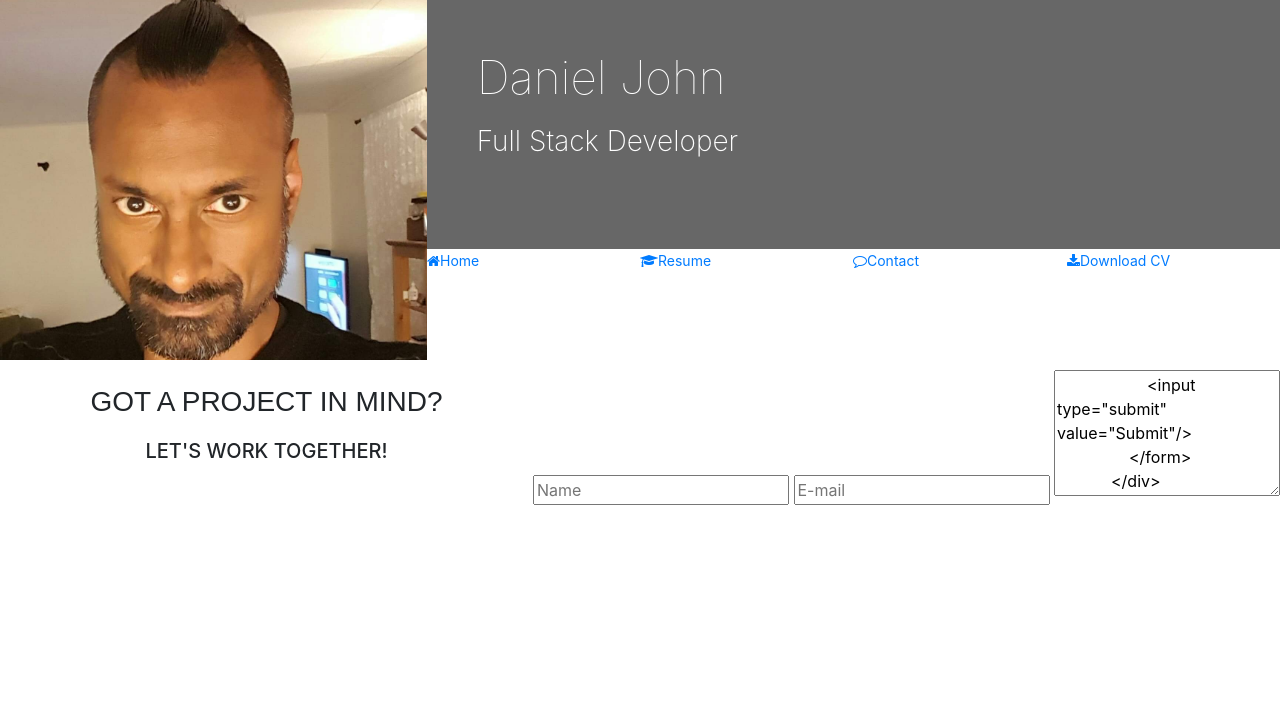
Repository: Jadehammar/initial-commit
Page: contact.html
The author's editor kept a record of every edit. The page is drawn from the files as they stood at one moment, then again after the next edit.
The browser window is 1280 px wide. The pictures show the whole page.

Above is the page before.

### contact.html
<!DOCTYPE html>
<html lang="en">
<head>
    <meta charset="UTF-8">
    <meta name="viewport" content="width=device-width, initial-scale=1.0">
    <meta http-equiv="X-UA-Compatible" content="ie=edge">
    <link rel="stylesheet" href="https://stackpath.bootstrapcdn.com/font-awesome/4.7.0/css/font-awesome.min.css" type="text/css" />
    <link rel="stylesheet" href="https://cdnjs.cloudflare.com/ajax/libs/hover.css/2.3.1/css/hover-min.css" type="text/css" />
    <link rel="stylesheet" href="https://stackpath.bootstrapcdn.com/bootstrap/4.3.1/css/bootstrap.min.css" type="text/css" />
    <link rel="stylesheet" href="assets/css/style.css" type="text/css" />
    <title>Daniel John Contact</title>
</head>
<body>
    <header>
        <div class="row no-gutters">
            <a class="col-md-4 logo" href="02-index.html"></a>
            <div class="col-md-8">
                <div class="row no-gutters bg-color-name-title">
                    <div class="col heading">
                        <h1 class="name">Daniel John</h1>
                        <h2 class="title"> Full Stack Developer</h2>
                    </div>
                </div>
                <div class="row no-gutters">
                    <div class="col">
                        <ul id="nav" class="list-inline menucontainer">
                            <li class="col-6 col-sm-3 list-inline-item ui-menu-color-home menuitem">
                                <a href="#" class="hvr-sweep-to-bottom"><i class="fa fa-home" aria-hidden="true"></i><span>Home</span></a>
                            </li>
                            <li class="col-6 col-sm-3 list-inline-item ui-menu-color-resume menuitem">
                                <a href="#" class="hvr-sweep-to-bottom"><i class="fa fa-graduation-cap" aria-hidden="true"></i><span>Resume</span></a>
                            </li>
                            <li class="col-6 col-sm-3 list-inline-item ui-menu-color-contact menuitem">
                                <a href="#" class="hvr-sweep-to-bottom"><i class="fa fa-comment-o" aria-hidden="true"></i><span>Contact</span></a>
                            </li>
                            <li class="col-6 col-sm-3 list-inline-item ui-menu-color-download menuitem">
                                <a href="#" class="hvr-sweep-to-bottom"><i class="fa fa-download" aria-hidden="true"></i><span>Download CV</span></a>
                            </li>
                        </ul>
                    </div>
                </div>
            </div>
        </div>
    </header>
    <section class="container-fluid">
        <div class="row bg-color-contact">
            <div class="col">
                <h3 class="contact-heading uppercase text-center">Got a project in mind?</h3>
                <h5 class="uppercase text-center">Let's work together!</h5>
            </div>
            <div class="center-form">
                <form>
                    <input type="text" name="Name" id="fullname" class="form-controll" placeholder="Name"
                    required />
                     <input type="email" name="email" id="emailadress" class="form-controll" placeholder="E-mail"
                    required />
                    <textarea rows="5" name="projectsummary" id="projectsummary"
                    class="form-controll" placeholder="project description"
                    required />
                    <input type="submit" value="Submit"/>
                </form>
            </div>
        </div>
    </section>
     <footer class="container-fluid">
        <div id="footer-details" class="row">
            <div class="col-sm-4">
                <h5 class="uppercase general-sub">About</h5>
                <p class="inline-block">
                    Full Stack Web Developer. Skilled in everything from HTML to Heroku. The capacity for structural and design thinking.
                </p>
            </div>
            <div class="col-sm-4">
                <h5 class="uppercase general-sub">Download</h5>
                <p class="inline-block">
                    Need a printable version of my CV? Download it here.
                    <a href="#" target="_blank" class="cv-pdf">
                        <i class="fa fa-download" aria-hidden="true"></i>
                        <span class="sr-only">Download link.</span>
                    </a>
                </p>
            </div>
            <div class="col-sm-4">
                <h5 class="uppercase general-sub">Social</h5>
                <ul class="list-inline social-links">
                    <li class="list-inline-item">
                        <a target="_blank" href="#">
                            <i class="fa fa-facebook" aria-hidden="true"></i>
                            <span class="sr-only">Facebook</span>
                        </a>
                    </li>
                    <li class="list-inline-item">
                        <a target="_blank" href="#">
                            <i class="fa fa-twitter" aria-hidden="true"></i>
                            <span class="sr-only">Twitter</span>
                        </a>
                    </li>
                    <li class="list-inline-item">
                        <a target="_blank" href="#">
                            <i class="fa fa-linkedin" aria-hidden="true"></i>
                            <span class="sr-only">LinkedIn</span>
                        </a>
                    </li>
                    <li class="list-inline-item">
                        <a target="_blank" href="#">
                            <i class="fa fa-pinterest" aria-hidden="true"></i>
                            <span class="sr-only">Pinterest</span>
                        </a>
                    </li>
                    <li class="list-inline-item">
                        <a target="_blank" href="#">
                            <i class="fa fa-instagram" aria-hidden="true"></i>
                            <span class="sr-only">Instagram</span>
                        </a>
                    </li>
                    <li class="list-inline-item">
                        <a target="_blank" href="#">
                            <i class="fa fa-youtube" aria-hidden="true"></i>
                            <span class="sr-only">YouTube</span>
                        </a>
                    </li>
                </ul>
            </div>
        </div>
    </footer>
</body>
</html>

### assets/css/style.css
@import url('https://fonts.googleapis.com/css?family=Roboto:100,200,300,400,500,600,700│exo:100,200,300,400,500,600,700');

/*---------------------------------------------color-------------------------------------*/

.bg-color-name-title {
    background-color: #676767;
}

.bg-color-three-reasons {
    background-color: #fff;
}

.bg-color-personal-info {
    background-color: #f4f4f4;
}

.ui-menue-color-home {
    background-color: #e67e22;

}

.ui-menue-color-resume {
    background-color: #9b59b6;

}

.ui-menue-color-contact {
    background-color: #3498db;

}

.ui-menue-color-download {
    background-color: #525252;

}

.bg-color-work-history {
    background-color: #9b59b6;
}

.bg-color-contact{
    background-color: #fff;

}

/*---------------------------------------------Special padding/margins/text-------------------------------------*/

h1,
h2,
h3,
h4 {
    margin: 0;
}

.uppercase {
    text-transform: uppercase;
}

.general-sub {
    font-family: "Exo", sans-serif;
    font-weight: 300;
    color: #fafafa;
}

.inline-block {
    display: inline-block;
}

.row-table {
    display: table;
}

.section-column {
    display: table-cell;
    padding: 0 30px 30px;
    float: none;
}

.history-heading,
.section-heading {
    font-family: "Exo", sans-serif;
    font-weight: 300;
    margin-bottom: 40px;
    margin-top: 25px;
}

/*---------------------------------------------Heading-------------------------------------*/

header {
    margin: 0;
}

.heading {
    margin-left: 50px;

}

.logo {
    background: url("../images/närbild_p.jpg");
    background-position: center;
    background-repeat: no-repeat;
    background-size: cover;
    min-height: 360px;
    transition: all .75s ease-in-out;
    -moz-transition: all .75s ease-in-out;
    -webkit-transition: all .75s ease-in-out;
    -o-transition: all .75s ease-in-out;
}

.name {
    font-family: "Exo" sans-serif;
    font-weight: 100;
    font-size: 46px;
    margin-top: 50px;
    color: #fff;
}

.title {
    font-family: "Roboto" sans-serif;
    font-weight: 200;
    font-size: 28px;
    margin-top: 20px;
    margin-bottom: 90px;
    color: #fff;
}

.list-inline-item:not(:last-child) {
    margin: 0;
}

.menucontainer {
    font-size: 0;
}

#nav li {
    font-size: 14px;
    padding: 0;
}

#nav {
    margin: 0;
}

.menueitem {
    height: 120px;
    text-align: center;
    padding: 0;
}

.menueitem a {
    width: 100%;
    text-decoration: none;
    color: #fff;
    height: 120px;
}

.menueitem a i {
    padding-top: 22px;
    display: block;
    color: #fafafa;
    font-size: 26px;
}

.menueitem span {
    display: block;
    width: 100%;
    padding-top: 5px;
    text-align: center;
    text-transform: uppercase;
    font-size: 14px;
    font-weight: 300;
    letter-spacing: 2px;
}


/*---------------------------------------------Hover.css-------------------------------------*/

.hvr-sweep-to-bottom:before {
    background: rgba(0, 0, 0, 0.2);
    height: 120px;
}

/*---------------------------------------------Footer-------------------------------------*/

footer {
    background-color: #525252;
    color: #fafafa;
    min-height: 120px;
    margin: 0;
}

.cv-pdf i {
    font-size: 18px;
    color: #fafafa;
    text-align: center;
    padding-left: 5px;
    transition: all 0.35s ease-in-out;
    -moz-transition: all 0.35s ease-in-out;
    -webkit-transition: all 0.35s ease-in-out;
    -o-transition: all 0.35 ease-in-out;
}

.cv-pdf i:hover {
    color: #e84160;
    font-size: 19px;
}

.social-links {
    padding-bottom: 15px;
}


.social-links li a i {
    width: 32px;
    height: 32px;
    padding: 12px 0;
    border-radius: 50%;
    font-size: 13px;
    line-height: 7px;
    text-align: center;
    color: #fafafa;
    background: #8f8f8f;
    transition: all 0.35s ease-in-out;
    -moz-transition: all 0.35s ease-in-out;
    -webkit-transition: all 0.35s ease-in-out;
    -o-transition: all 0.35 ease-in-out;
}

.social-links li a i:hover {
    background: #e84610;
}

#footer-details {
    padding: 20px;
}

/*---------------------------------------------Three reasons-------------------------------------*/

.three-reasons-icon {
    font-size: 26px;
    color: #e67e22;
}

.three-reasons-heading {
    margin-bottom: 15px;
}

/*---------------------------------------------Personal info-------------------------------------*/

.personal-info-item {
    margin-bottom: 20px;
    display: block;
    clear: both;

}

.personal-info-item .key,
.personal-info-item .value {
    padding-right: 8px;
    display: inline-block;
}

.personal-info-item .key p,
.personal-info-item .value p {
    margin: 0;
}

.personal-info-item .key {
    width: 30%;
    margin-right: 21px;
    padding-top: 2px;
    vertical-align: top;

}

.personal-info-item .key p {
    font-weight: 700;
}

.personal-info-item .value {
    position: relative;
    width: 60%;

}

/*---------------------------------------------Skills-------------------------------------*/

.progress {
    position: relative;
    height: 25px;
    margin-bottom: 4px;
}

.progress-type {
    position: absolute;
    left: 0px;
    font-weight: 400;
    padding: 3px 30px 2px 10px;
    color: #fafafa;
    background-color: rgba(25, 25, 25, 0.2);
}

.progress-section {
    margin: 40px 20px;

}

/*---------------------------------------------Work-history-------------------------------------*/

.history-heading {
    color: #fafafa;
    margin-bottom: 50px;
}

.timeline-item {
    padding: 4em 2em 0em 2em;
    position: relative;
    color: #fafafa;
    border-left: 1px solid;
}

.timeline-item p {
    padding: 0;
    margin: 0;
}

.timeline-item:before {
    content: attr(data-dates);
    position: absolute;
    left: 2.5em;
    top: 3em;
    display: block;
    font-family: "Exo", sans-serif;
    font-weight: 500;
    font-size: 0.8em;
    padding: 0;
    margin: 0;
}

.timeline-item:after {
    width: 12px;
    height: 12px;
    display: block;
    top: 2.4em;
    position: absolute;
    left: -6px;
    border-radius: 12px;
    content: '';
    background: #fafafa;
}

.history-items {
    margin-bottom: 30px;
}

/*---------------------------------------------Contact-form-------------------------------------*/

.contact-heading{
    font-family: "exo", sans-serif;
    font-weight: 300;
    margin-top: 25px;
    margin-bottom: 20px;

}

.center-form {
    padding-top: 10px;
    margin: 0, auto;
 max-width: 70%;
}

button [type="submit"]{
    margin-top: 15px;
    margin-bottom: 20px;
    backround-color: #e84610;
}

After the next edit:
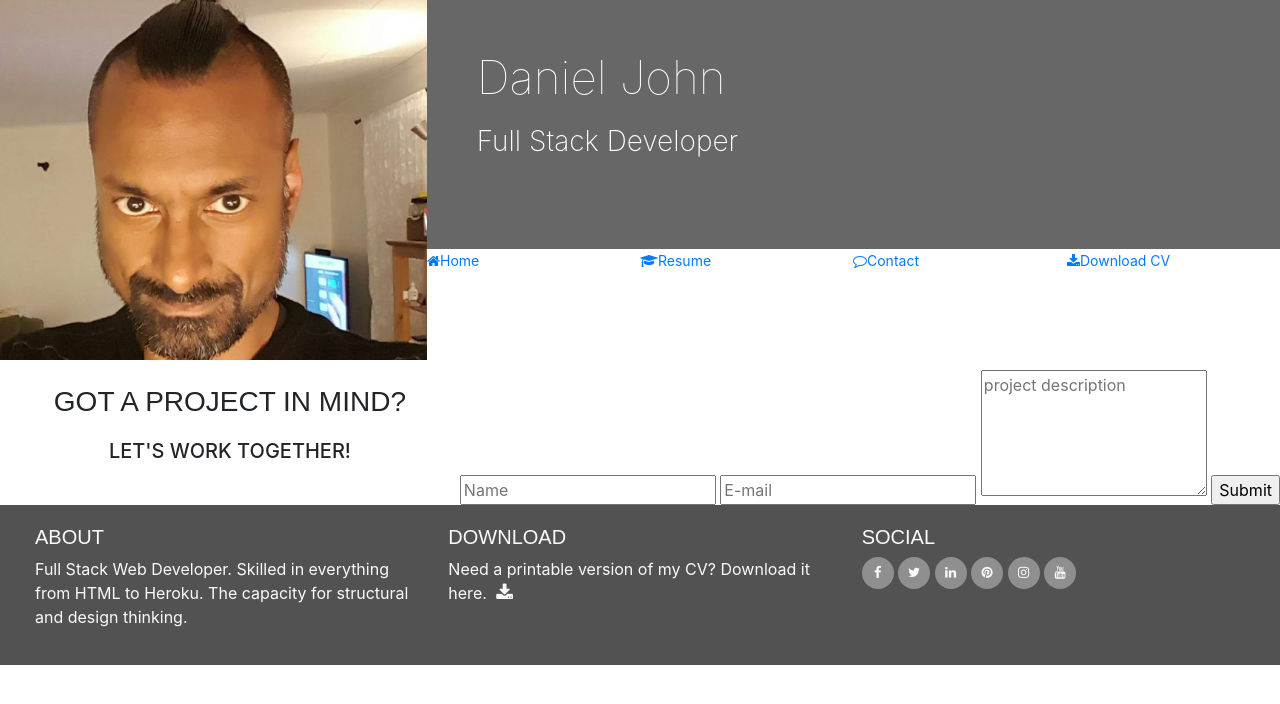
The edit:
--- a/contact.html
+++ b/contact.html
@@ -56,7 +56,7 @@
                     required />
                     <textarea rows="5" name="projectsummary" id="projectsummary"
                     class="form-controll" placeholder="project description"
-                    required />
+                    required /></textarea>
                     <input type="submit" value="Submit"/>
                 </form>
             </div>
